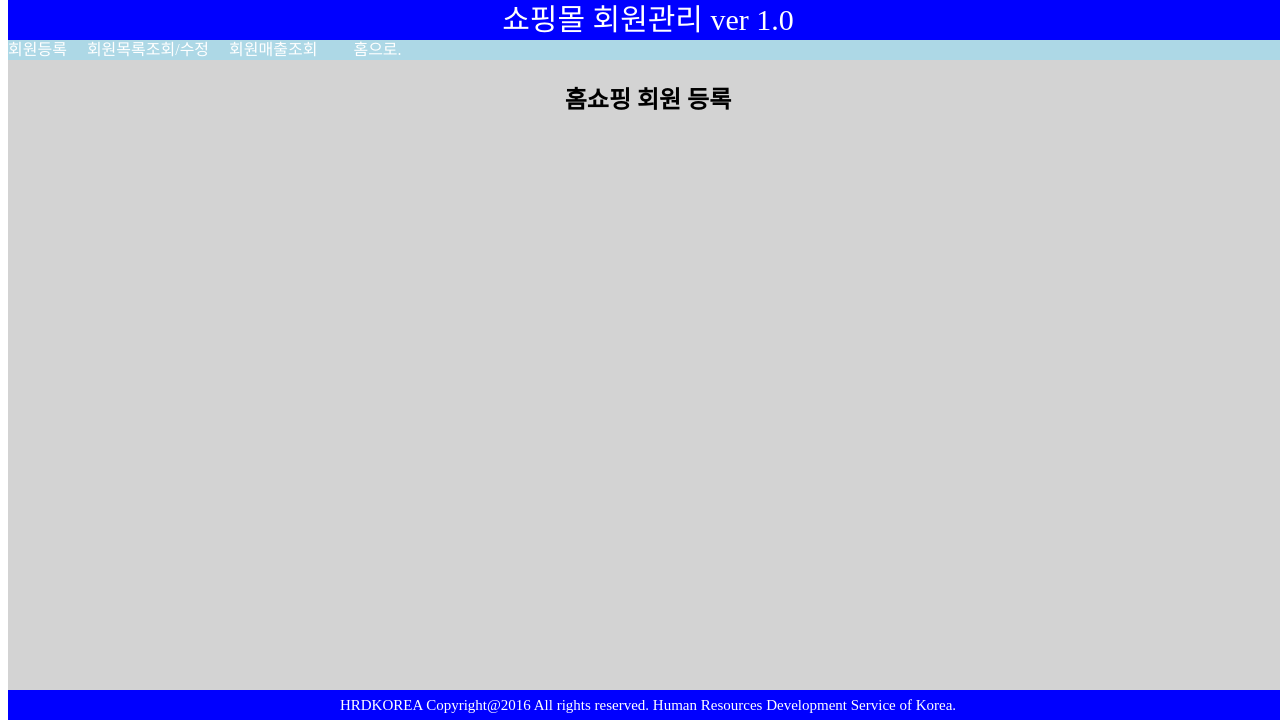
Repository: leesuyeon116/HRD_1
Page: http://localhost/HRD_0416/join.jsp
An editor plug-in stored every save of this project. The page is shown before and after the next save, followed by the edit.
The browser window is 1280 px wide. The pictures show the whole page.
The page is served by Tomcat 9. Other server files are loaded and not shown.

Above is the page before, as saved 2024-04-17 00:09:31.

### HRD_0416/src/main/webapp/join.jsp
<%@ page language="java" contentType="text/html; charset=UTF-8"
    pageEncoding="UTF-8"%>
<!DOCTYPE html>
<html>
<head>
<meta charset="UTF-8">
<title>join</title>
</head>
<body>
<jsp:include page="header.jsp" />
	<section style="position: fixed; top: 60px; width: 100%; height: 100%; background-color: lightgray">
	<h2 style="text-align: center;"><b>홈쇼핑 회원 등록</b></h2><br>

	<form name="frm" style=" display: flex; align-items: center; justify-content: center; text-align: center">

	</form>

	</section>

<jsp:include page="footer.jsp" />
</body>
</html>

### HRD_0416/src/main/webapp/header.jsp
<%@ page language="java" contentType="text/html; charset=UTF-8"
    pageEncoding="UTF-8"%>
<!DOCTYPE html>
<html>
<head>
<meta charset="UTF-8">
<title>header</title>
</head>
<body>
	<header style="position: fixed; top: 0px; width: 100%; height: 40px; background-color: blue; color: white;
	text-align: center; line-height: 40px; font-size: 30px"> 쇼핑몰 회원관리 ver 1.0</header>

	<nav style="position: fixed; top: 40px; width: 100%; height: 20px; background-color: lightblue; color: white; line-height: 20px;">
	회원등록 &nbsp; &nbsp;
	회원목록조회/수정 &nbsp; &nbsp;
	회원매출조회 &nbsp; &nbsp; &nbsp; &nbsp;
	홈으로.</nav>
</body>
</html>

### HRD_0416/src/main/webapp/footer.jsp
<%@ page language="java" contentType="text/html; charset=UTF-8"
    pageEncoding="UTF-8"%>
<!DOCTYPE html>
<html>
<head>
<meta charset="UTF-8">
<title>footer</title>
</head>
<body>
	<footer style="position: fixed; bottom: 0px; width: 100%; height: 30px; background-color: blue; color: white;
	text-align: center; line-height: 30px; font-size: 15px;">
	HRDKOREA Copyright@2016 All rights reserved. Human Resources Development Service of Korea.</footer>
</body>
</html>

After the next save:
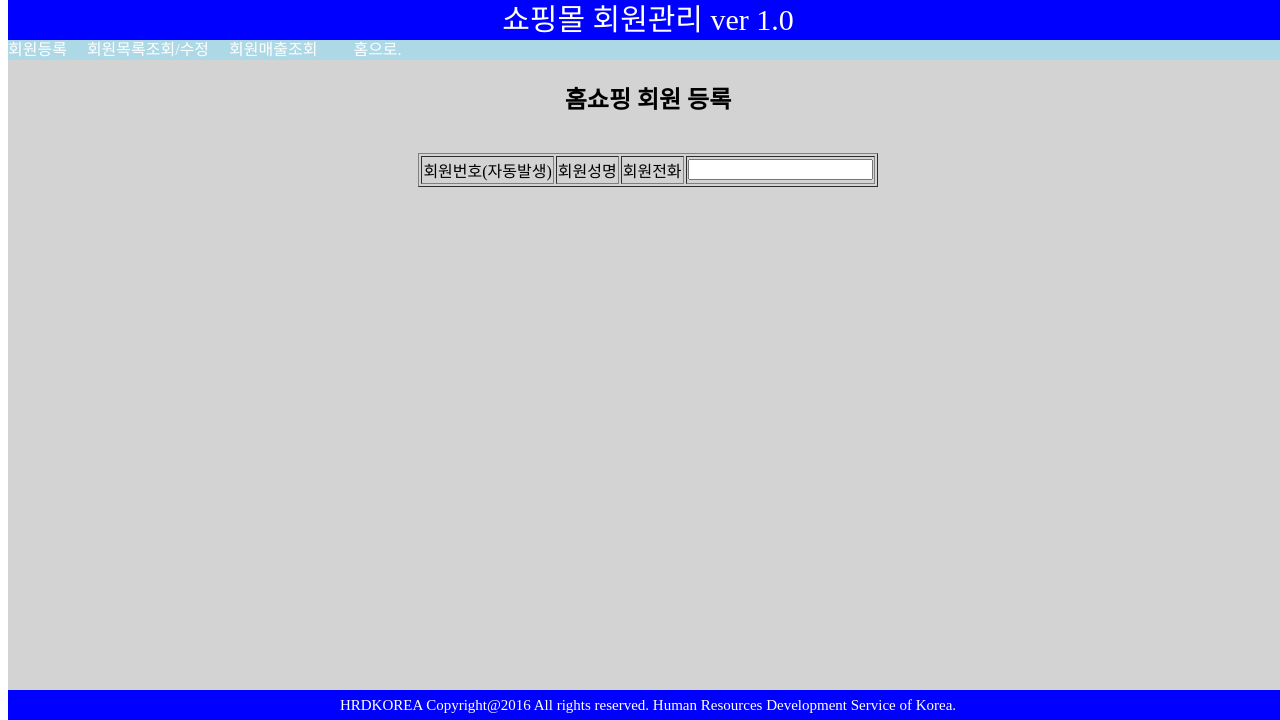
Saved 4 min 38 s later.
--- a/HRD_0416/src/main/webapp/join.jsp
+++ b/HRD_0416/src/main/webapp/join.jsp
@@ -12,7 +12,15 @@
 	<h2 style="text-align: center;"><b>홈쇼핑 회원 등록</b></h2><br>
 
 	<form name="frm" style=" display: flex; align-items: center; justify-content: center; text-align: center">
+	<table border="1">
+		<tr>
+			<td>회원번호(자동발생)</td>
+			<td>회원성명</td>
+			<td>회원전화</td>
+			<td><input type="text" name="custno"></td>
+		</tr>
 
+	</table>
 	</form>
 
 	</section>
